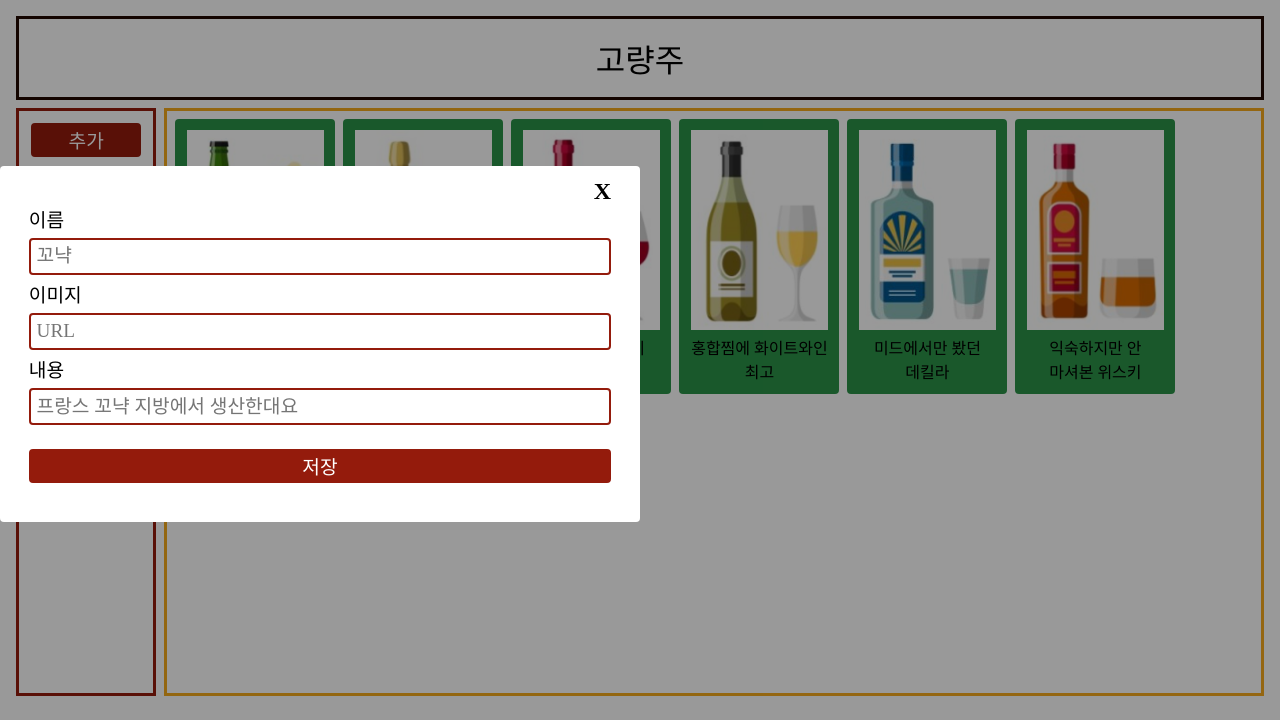
Repository: Jay-JYKim91/grj_2nd_week
Page: index.html
An editor plug-in stored every save of this project. The page is shown before and after the next save, followed by the edit.
The browser window is 1280 px wide. The pictures show the whole page.
Some web fonts or font styles are not loaded; a fallback is used.

Above is the page before, as saved 2022-05-16 17:11:20.

After the next save:
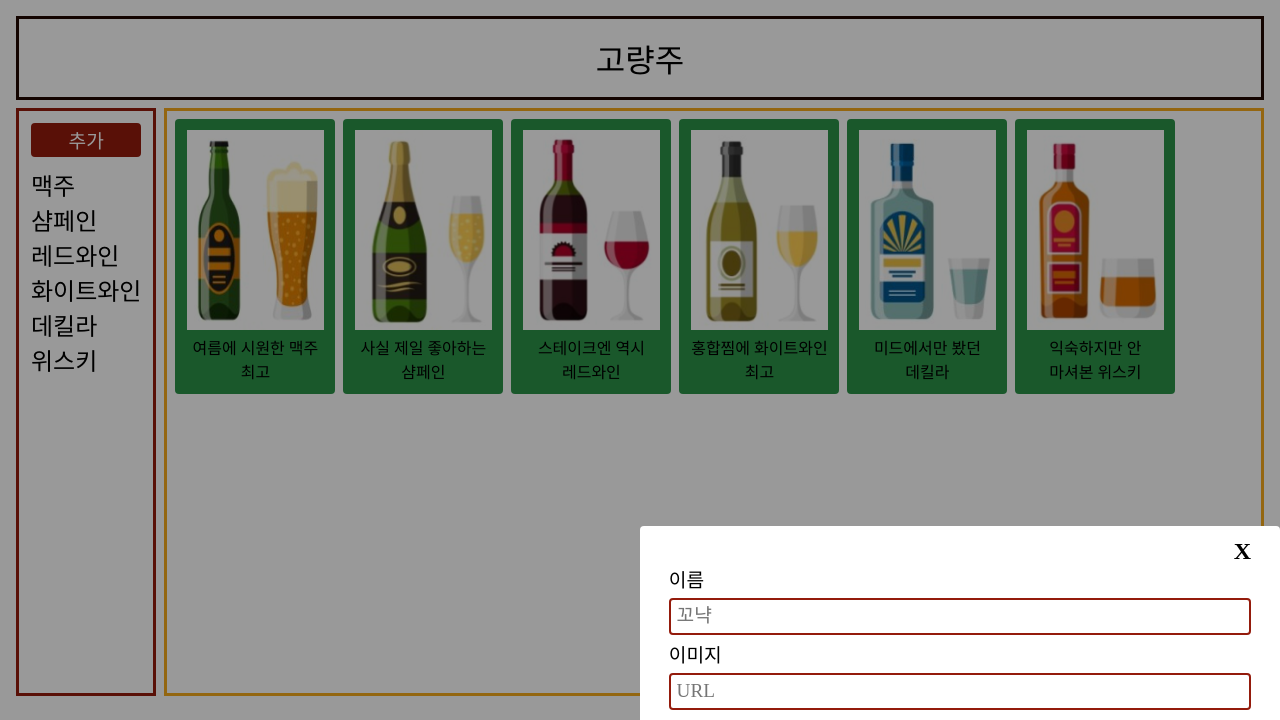
Saved 20 s later.
--- a/styles.css
+++ b/styles.css
@@ -111,6 +111,8 @@ aside {
 
 .modal-content {
   position: fixed;
+  top: 50%;
+  left: 50%;
   background-color: white;
   margin: 13% auto; /* 15% from the top and centered */
   padding: 2em 1.5em 1.5em 1.5em;
